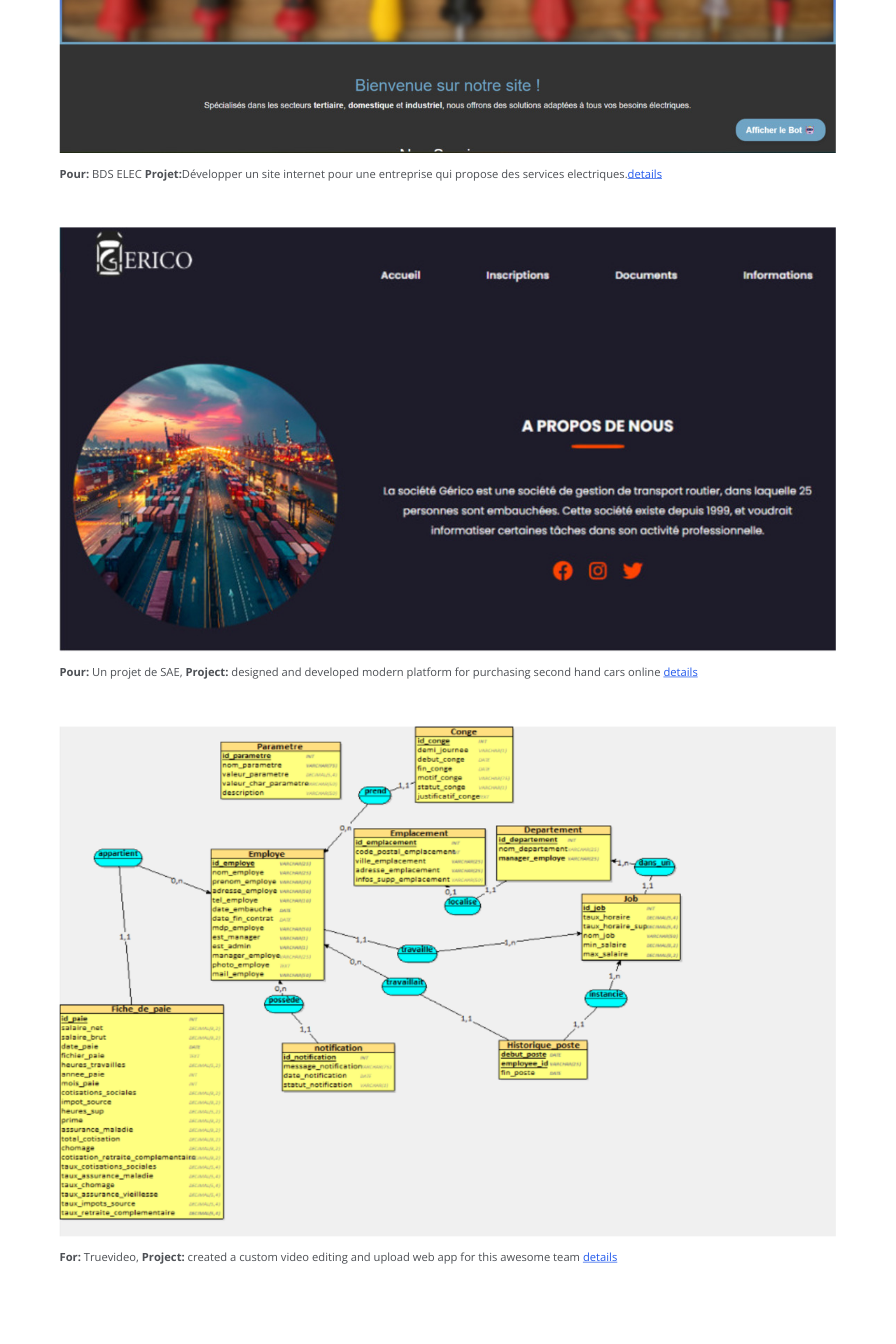
Repository: J2S80000/Portfolio
Page: index.html
These files come from the project's save history. The page is drawn as it stood at one moment and after the next save; the edit follows.
The browser window is 1280 px wide. The pictures show the part of the page from y = 3722 to 5642 px (the page is 7451 px tall), at 70% of full size.

Above is the page before, as saved 2025-05-05 17:37:02.

After the next save:
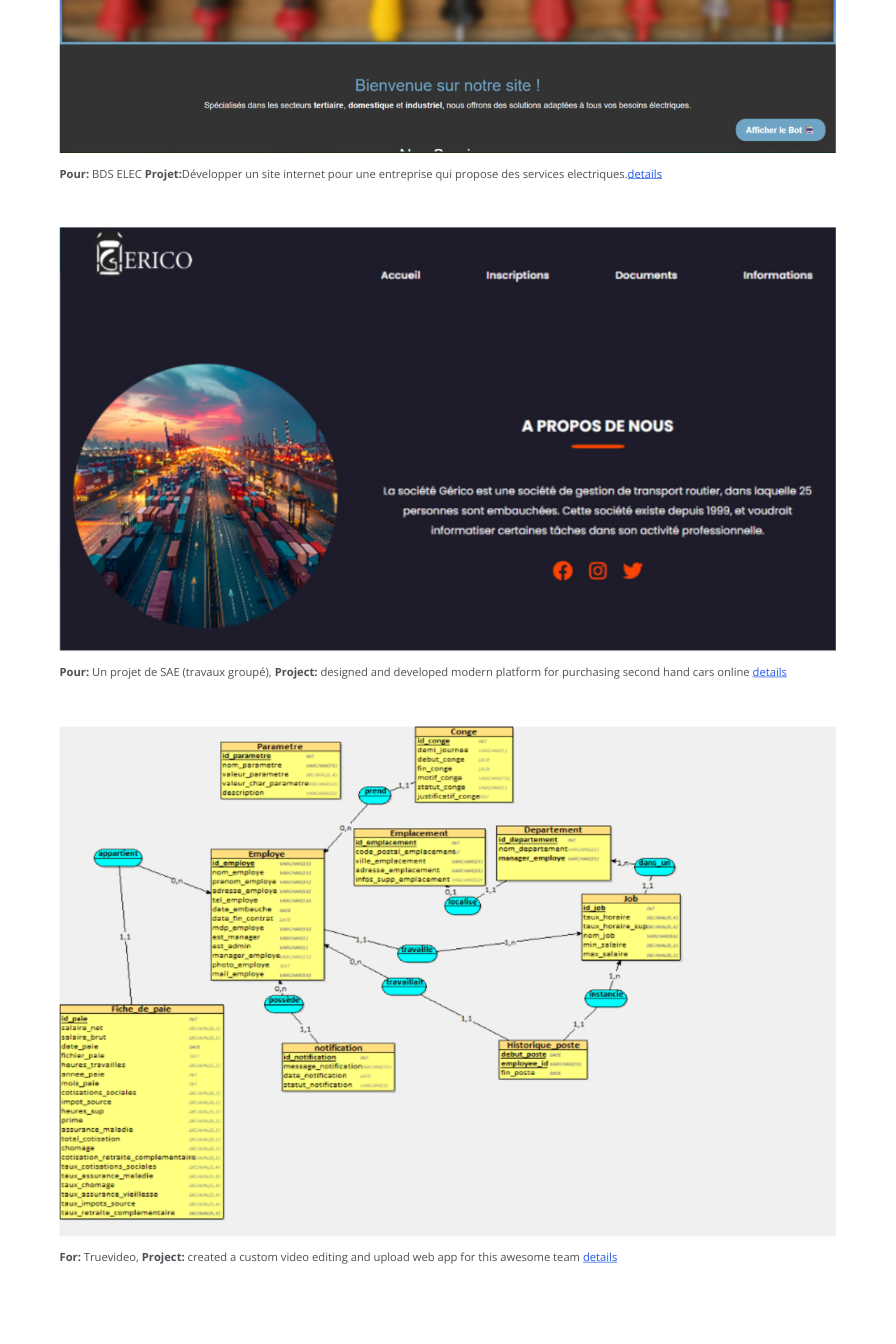
Saved 10 s later.
--- a/index.html
+++ b/index.html
@@ -244,7 +244,7 @@
                                 <img class="img-fluid" src="images/project-2.1.jpg" alt="alternative">
                             </a>
                         </div> <!-- end of image-container -->
-                        <p><strong>Pour:</strong> Un projet de SAE, <strong>Project:</strong> designed and developed modern platform for purchasing second hand cars online <a class="blue" href="project.html">details</a></p>
+                        <p><strong>Pour:</strong> Un projet de SAE (travaux groupé), <strong>Project:</strong> designed and developed modern platform for purchasing second hand cars online <a class="blue" href="project.html">details</a></p>
                     </div> <!-- end of text-container -->
                     <div class="text-container">
                         <div class="image-container">
